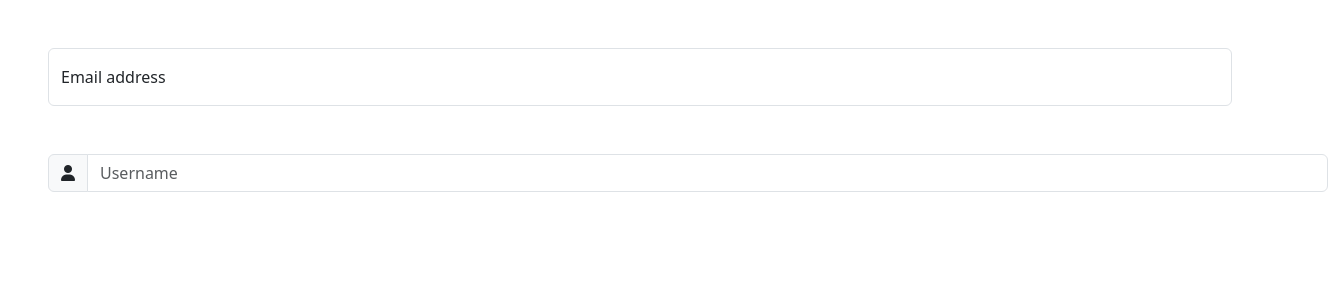
Repository: Riyakashiwala/practical
Page: riya 6th sem/form.html
These files come from the project's save history. The page is drawn as it stood at one moment and after the next save; the edit follows.
The browser window is 1280 px wide. The page is 1328 px wide, so the pictures cover 1328 px, including what lies to the right of the window. The pictures show the whole page.

Above is the page before, as saved 2024-12-12 06:07:46.

### riya 6th sem/form.html
<!DOCTYPE html>
<html lang="en">
<head>
    <meta charset="UTF-8">
    <meta name="viewport" content="width=device-width, initial-scale=1.0">
    <title>Document</title>
    <link href="https://cdn.jsdelivr.net/npm/bootstrap@5.3.3/dist/css/bootstrap.min.css" rel="stylesheet" integrity="sha384-QWTKZyjpPEjISv5WaRU9OFeRpok6YctnYmDr5pNlyT2bRjXh0JMhjY6hW+ALEwIH" crossorigin="anonymous">
    <link rel="stylesheet" href="https://cdnjs.cloudflare.com/ajax/libs/font-awesome/6.7.1/css/all.min.css">
</head>
<body>
    <div class="form-floating mb-3 m-5">
        <input type="email" class="form-control" id="floatingInput" placeholder="name@example.com">
        <label for="floatingInput">Email address</label>
    </div>

    <div class="input-group mb-3 m-5">
        <span class="input-group-text" id="basic-addon1"><i class="fa fa-user" aria-hidden="true"></i>
        </span>
        <input type="text" class="form-control" placeholder="Username" aria-label="Username" aria-describedby="basic-addon1">
    </div>


    <script src="https://cdn.jsdelivr.net/npm/bootstrap@5.3.3/dist/js/bootstrap.bundle.min.js" integrity="sha384-YvpcrYf0tY3lHB60NNkmXc5s9fDVZLESaAA55NDzOxhy9GkcIdslK1eN7N6jIeHz" crossorigin="anonymous"></script>
</body>
</html>

After the next save:
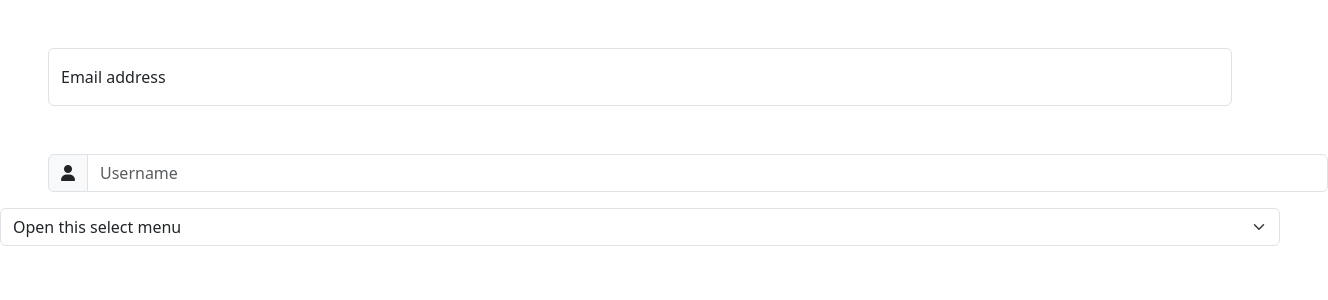
Saved 7 s later.
--- a/riya 6th sem/form.html
+++ b/riya 6th sem/form.html
@@ -19,7 +19,12 @@
         <input type="text" class="form-control" placeholder="Username" aria-label="Username" aria-describedby="basic-addon1">
     </div>
 
-
+    <select class="form-select" aria-label="Default select example">
+        <option selected>Open this select menu</option>
+        <option value="1">One</option>
+        <option value="2">Two</option>
+        <option value="3">Three</option>
+    </select>
     <script src="https://cdn.jsdelivr.net/npm/bootstrap@5.3.3/dist/js/bootstrap.bundle.min.js" integrity="sha384-YvpcrYf0tY3lHB60NNkmXc5s9fDVZLESaAA55NDzOxhy9GkcIdslK1eN7N6jIeHz" crossorigin="anonymous"></script>
 </body>
 </html>
